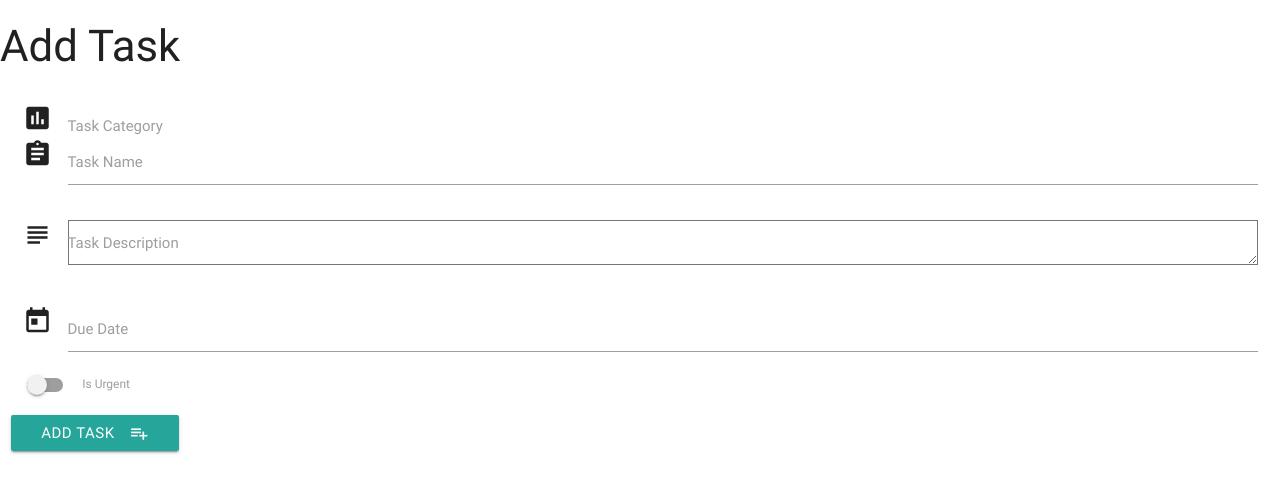
Repository: LiamB123/TaskManager
Page: templates/addtask.html
The author's editor kept a record of every edit. The page is drawn from the files as they stood at one moment, then again after the next edit.
The browser window is 1280 px wide. The pictures show the whole page.
Some web libraries are served in a nearby version. The page is served by the project's application, run on Flask 3 (app.py). The template is opened directly, without the code that normally fills it, so the values that code supplies are empty.

Above is the page before.
Console error: SyntaxError: Unexpected end of input

### templates/addtask.html
{% extends 'base.html' %} {% block content %}

<h3>Add Task</h3>

<div class="row">
    <form action="{{ url_for('insert_task') }}" method="POST" class="col s12">
        <div class="row">

            <div class="input-field col s12">
                <i class="material-icons prefix">poll</i>
                <select id="category" namee="category_name">
      <option value="" disabled selected>Choose Category</option>
      {% for cat in categories %}
      <option value="{{cat.category_name}}">{{cat.category_name}}</option>
      {% endfor %}
    </select>
                <label>Task Category </label>
            </div>
        </div>
        <div class="row">
            <div class="input-field col s12">
                <i class="material-icons prefix">assignment</i>
                <input id="task_name" name="task_name" type="text" class="validate">
                <label for="icon_prefix">Task Name</label>
            </div>
            <div class="input-field col s12">
                <i class="material-icons prefix">subject</i>
                <textarea name="task_description" id="task_description" class="materalize-textarea" /></textarea>
                <label for="icon_telephone">Task Description</label>
            </div>
        </div>
        <div class="input-field col s12 " id="matfix">
            <i class="material-icons prefix">today</i>
            <input id="due_date" name="due_date" type="text" class="datepicker">
            <label for="icon_prefix">Due Date</label>
        </div>


        <div class="row">
            <div class="switch">
                <label>

      <input id = "is_urgent" name= "is_urgent" type="checkbox">
      <span class="lever"></span>
      Is Urgent
    </label>
            </div>

        </div>

        <button class="btn waves-effect waves-light" type="submit" name="action">Add Task
    <i class="material-icons right">playlist_add</i>
  </button>
</div>
</form>
</div>

{% endblock %}

### templates/base.html
<!DOCTYPE html>
<html>

<head>
    <link href="https://fonts.googleapis.com/icon?family=Material+Icons" rel="stylesheet">
    <link rel="stylesheet" href="https://cdnjs.cloudflare.com/ajax/libs/materialize/0.100.2/css/materialize.min.css">
</head>

<body>
    {% block content %} {% endblock %}

    <script src="https://cdnjs.cloudflare.com/ajax/libs/jquery/3.2.1/jquery.min.js"></script>
    <script src="https://cdnjs.cloudflare.com/ajax/libs/materialize/0.100.2/js/materialize.min.js"></script>
    <script type="text/javascript">
        $(document).ready(function() {
            $('.collapsible').collapsible();
        });


  $(document).ready(function(){
    $('select').formSelect();


        document.getElementById("matfix").addEventListener("click", function(e) {
            e.stopPropagation();
        });
    </script>
</body>

</html>

### app.py
import os
from flask import Flask

app = Flask(__name__)

@app.route('/')
def hello():
    return 'Hello World ... again'


if __name__ == '__main__':
    app.run(host=os.environ.get('IP'),
    port=int(os.environ.get('PORT')),
    debug=True)

After the next edit:
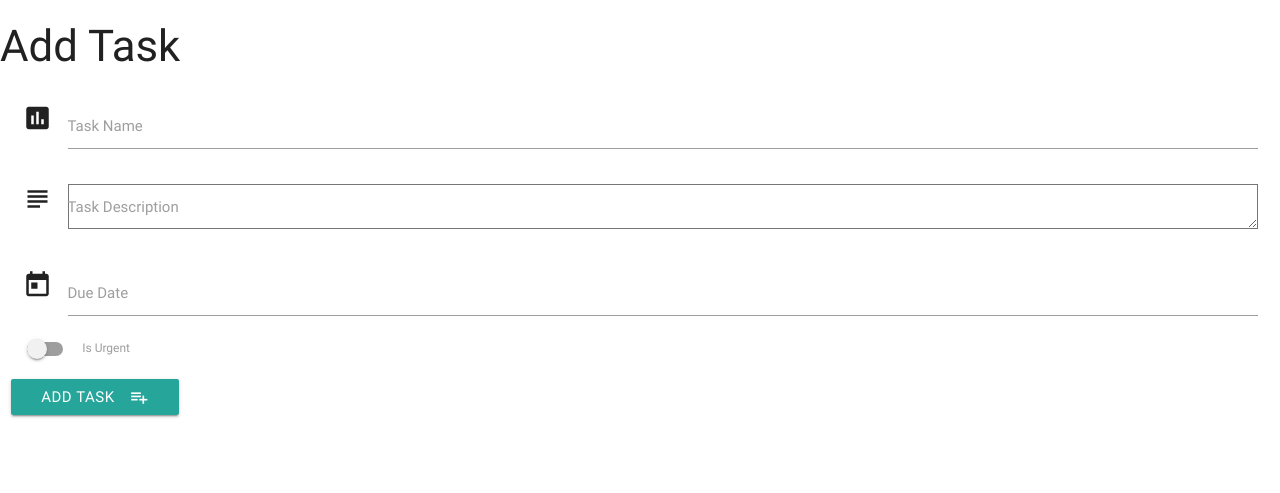
The edit:
--- a/templates/addtask.html
+++ b/templates/addtask.html
@@ -12,9 +12,9 @@
       <option value="" disabled selected>Choose Category</option>
       {% for cat in categories %}
       <option value="{{cat.category_name}}">{{cat.category_name}}</option>
-      {% endfor %}
+
     </select>
-                <label>Task Category </label>
+                <label>Task Category </label>{% endfor %}
             </div>
         </div>
         <div class="row">
